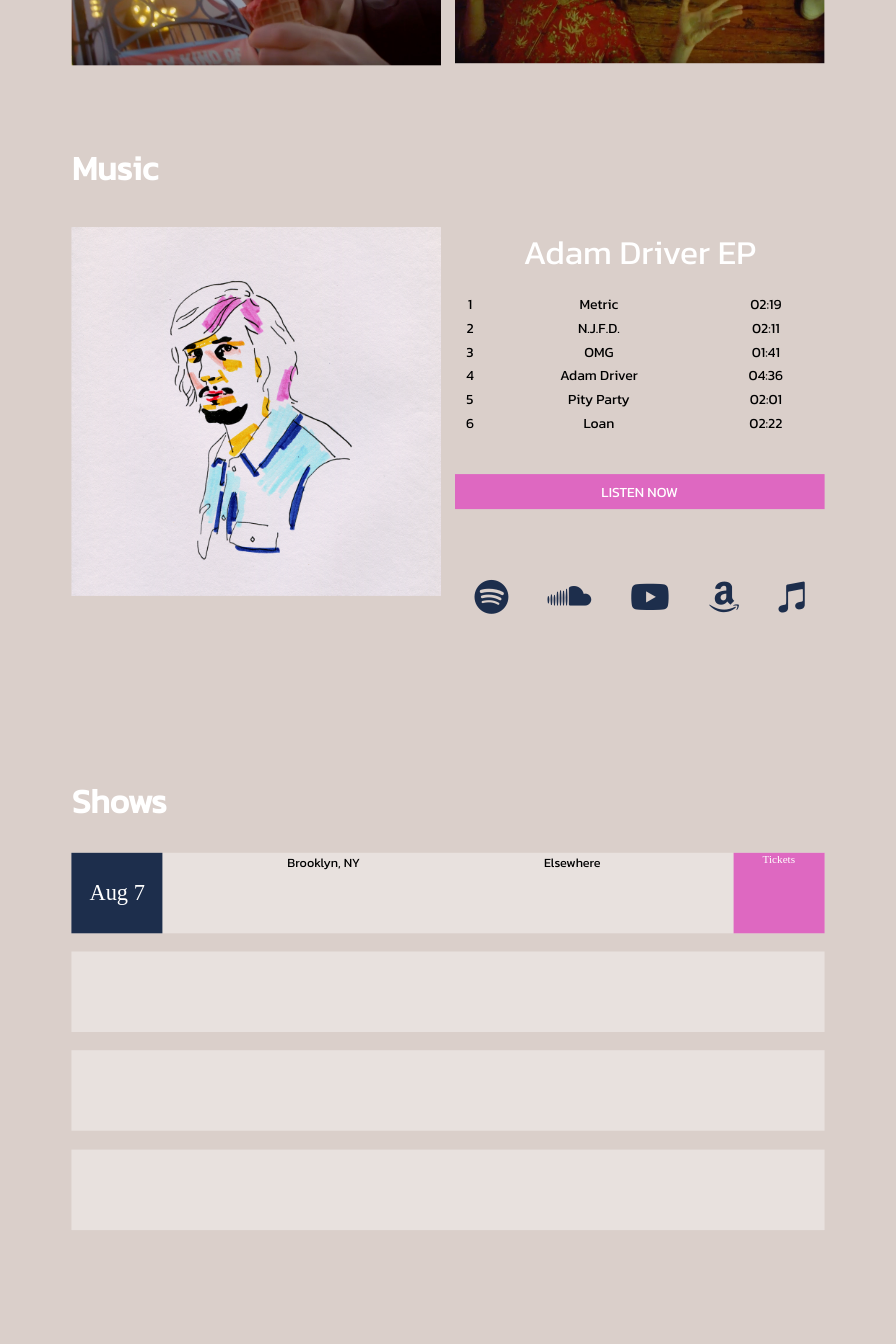
Repository: KrystellBarraza/SipperNYC
Page: index.html
The author's editor kept a copy of each file at every save. The page is drawn from the files as they stood at one save, then again after the next save.
The browser window is 1280 px wide. The pictures show the part of the page from y = 1455 to 3375 px (the page is 3375 px tall), at 70% of full size.
Some web libraries are served in a nearby version.

Above is the page before, as saved 2019-09-11 19:20:33.

After the next save:
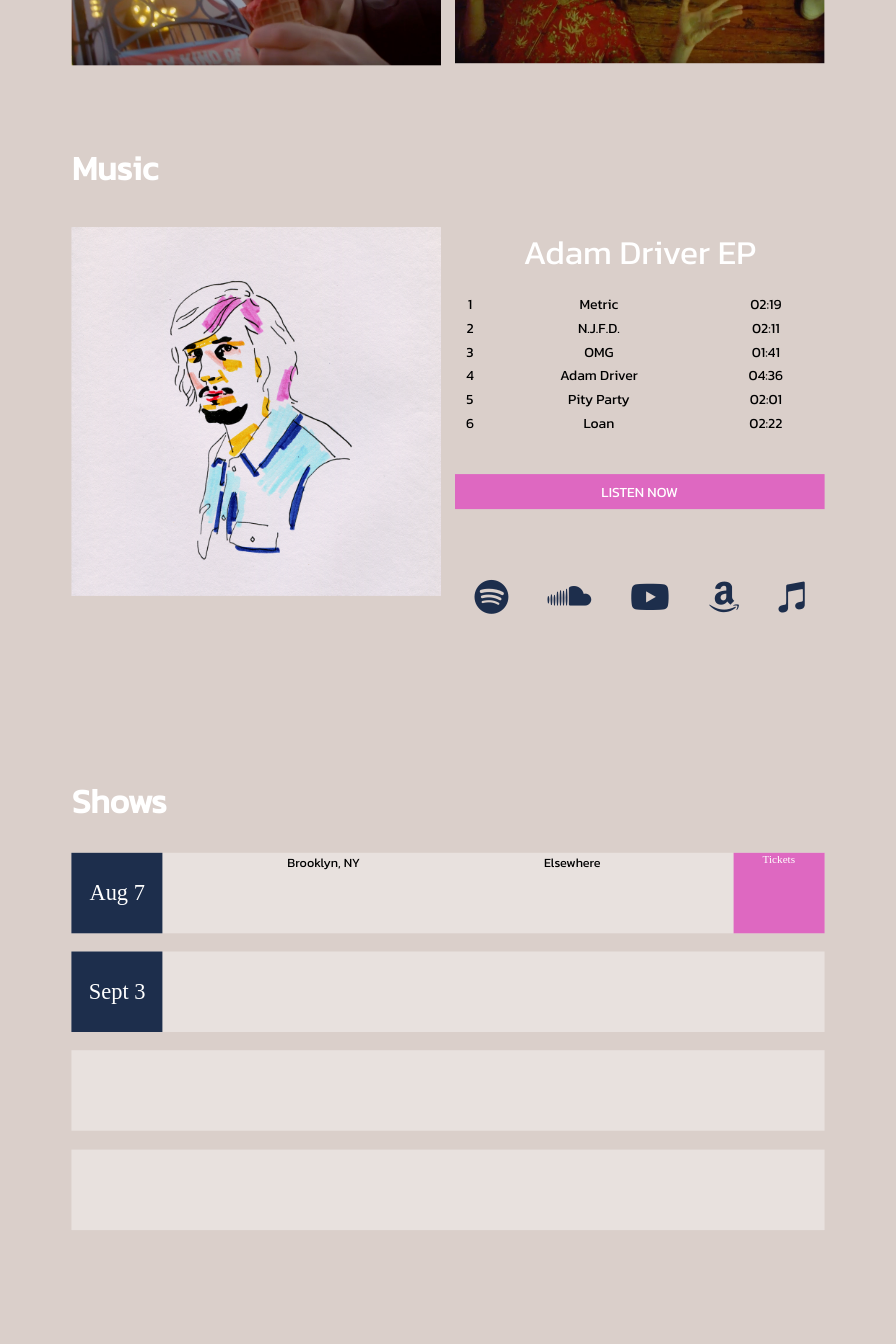
Saved 3 min 9 s later.
--- a/index.html
+++ b/index.html
@@ -211,6 +211,7 @@
 
             <div class="shows-n">
                 <div class="dates-container-flex">
+                    <div class="date">Sept 3</div>
 
                 </div>
             </div>
